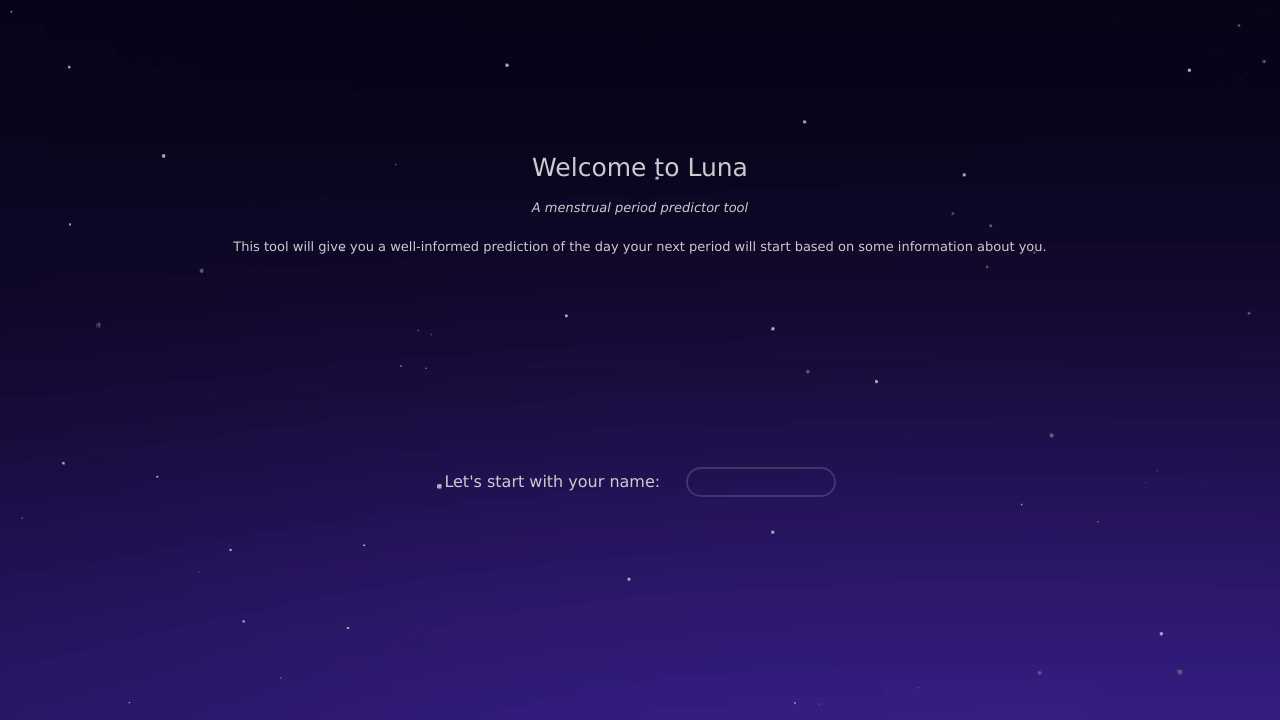
Repository: kholl28/luna-app
Page: / (app in frontend/)
The author's editor kept a copy of each file at every save. The page is drawn from the files as they stood at one save, then again after the next save.
The browser window is 1280 px wide. The pictures show the whole page.
The project was rebuilt for these pictures with package versions that can differ from the ones it lists, and the page was loaded fresh each time. The framework's server and built-in components were replaced by stand-ins that run in the browser. Also part of the build but not shown: frontend/next.config.mjs, frontend/src/app/pages/input.js, frontend/src/app/pages/demos.js, frontend/src/app/components/PredictionChart.jsx, frontend/src/app/pages/prediction.js.

Above is the page before, as saved 2025-05-14 12:04:10.

After the next save:
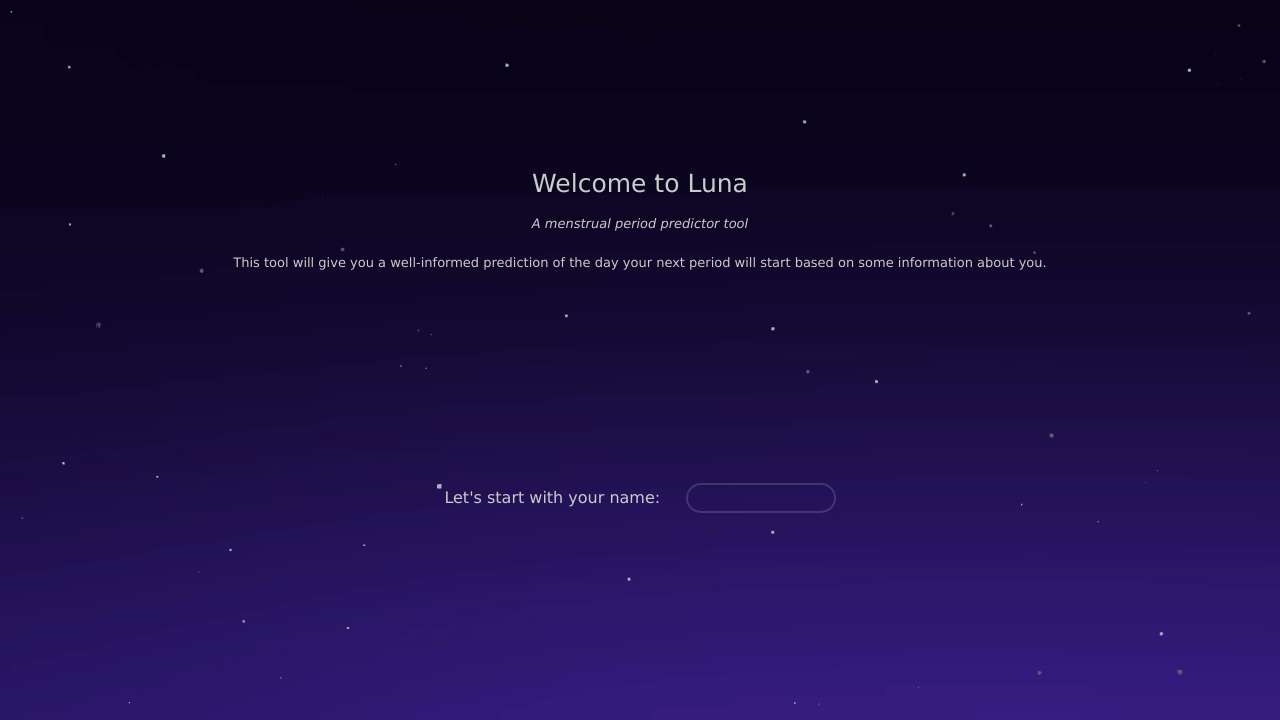
Saved 5 s later.
--- a/frontend/src/app/pages/homepage.js
+++ b/frontend/src/app/pages/homepage.js
@@ -69,7 +69,7 @@ function Homepage({ currentPage, setCurrentPage, UserName, setName }) {
           </div>
         </form>
 
-        <div style={{ display: 'flex', justifyContent: 'center', alignItems: 'center', marginTop: '3rem' }}>
+        <div style={{ display: 'flex', justifyContent: 'center', alignItems: 'center', marginTop: '1rem' }}>
           <Button onClick={handleSubmit} className={`verdana-small ${UserName.length > 0 ? '' : 'hidden-text'}`}>
             Next
           </Button>
